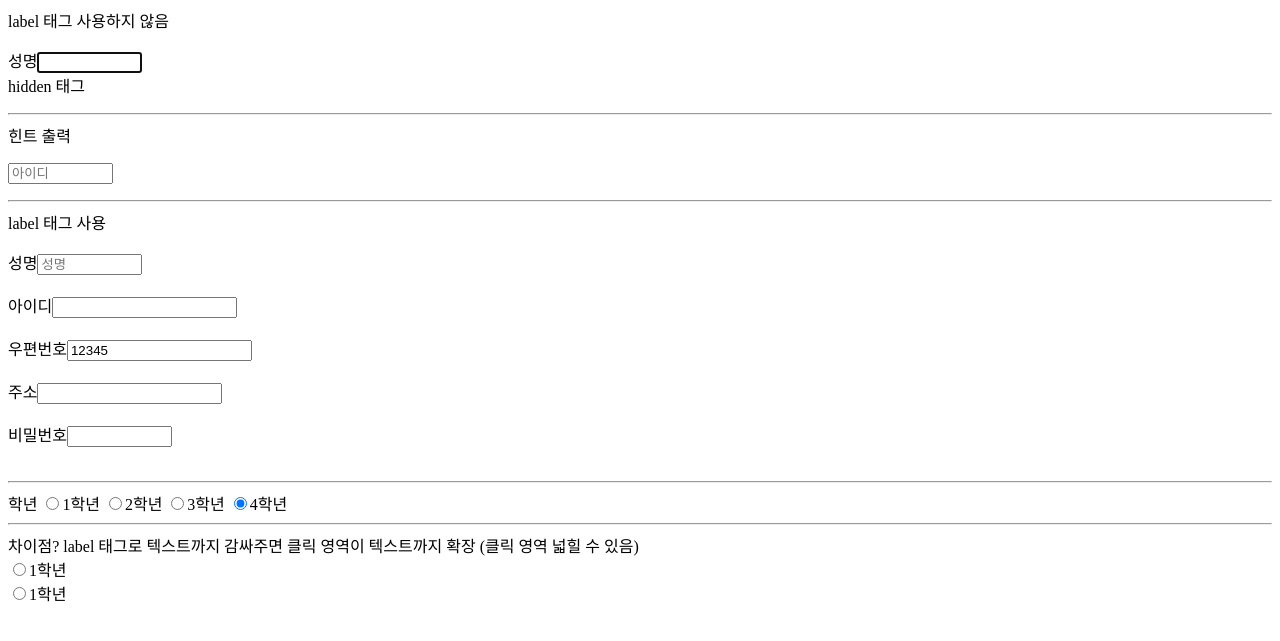
Repository: roditee/Frontend_ex
Page: HTML01/src/main/webapp/form.html
An editor plug-in stored every save of this project. The page is shown before and after the next save, followed by the edit.
The browser window is 1280 px wide. The pictures show the whole page.

Above is the page before, as saved 2021-12-02 08:17:09.

### HTML01/src/main/webapp/form.html
<!DOCTYPE html>
<html>
	<head>
		<meta charset="UTF-8">
		<title>입력 양식 태그 : form 태그</title>
	</head>
	<body>
		<form method="post" action="newMember.jsp">
			label 태그 사용하지 않음<p>
			성명<input type="text" id="name" name="name" size="10" autofocus><br>

			hidden 태그
			<input type="text" id="prdNo" hidden>
			<hr>

			힌트 출력<p>
			<input type="text" name="id" size="10" placeholder="아이디"><br>
			<hr>

			label 태그 사용<p>
			<label>성명<input type="text" name="name2" size="10" placeholder="성명"></label><br><br>
			<label>아이디<input type="id" name="name2" maxlength="8"></label><br><br>
			<label>우편번호<input type="text" name="zipcode" value="12345" readonly></label><br><br>
			<label>주소<input type="text" name="address" required></label><br><br>
			<label>비밀번호<input type="password" name="passwd" size="10"></label><br><br>
			<hr>

			학년
			<label><input type="radio" name="year" value="1">1학년</label>
			<label><input type="radio" name="year" value="2">2학년</label>
			<label><input type="radio" name="year" value="3">3학년</label>
			<label><input type="radio" name="year" value="4" checked>4학년</label>
			<hr>

			차이점? label 태그로 텍스트까지 감싸주면 클릭 영역이 텍스트까지 확장 (클릭 영역 넓힐 수 있음)<br>
			<input type="radio" name="year" value="1">1학년<br>
			<label><input type="radio" name="year" value="1">1학년</label>

		</form>
	</body>
</html>

After the next save:
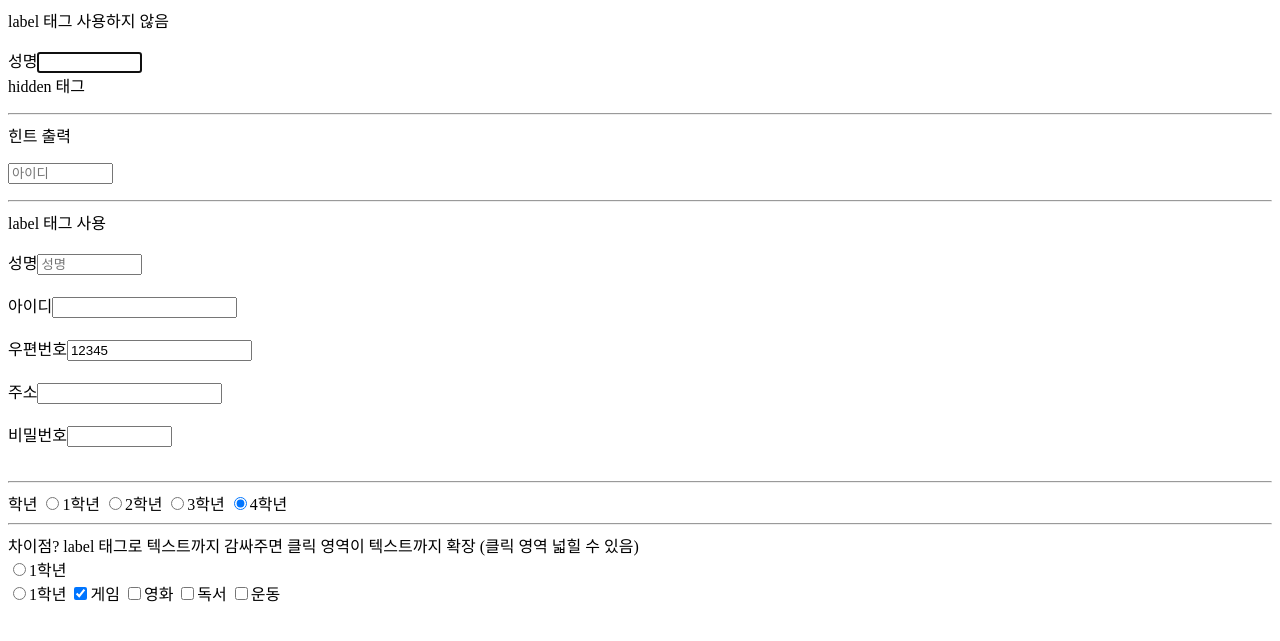
Saved 4 min 36 s later.
--- a/HTML01/src/main/webapp/form.html
+++ b/HTML01/src/main/webapp/form.html
@@ -36,6 +36,11 @@
 			<input type="radio" name="year" value="1">1학년<br>
 			<label><input type="radio" name="year" value="1">1학년</label>
 
+			<label><input type="checkbox" name="hobby" value="게임" checked>게임</label>
+			<label><input type="checkbox" name="hobby" value="영화">영화</label>
+			<label><input type="checkbox" name="hobby" value="독서">독서</label>
+			<label><input type="checkbox" name="hobby" value="운동">운동</label>
+
 		</form>
 	</body>
 </html>
